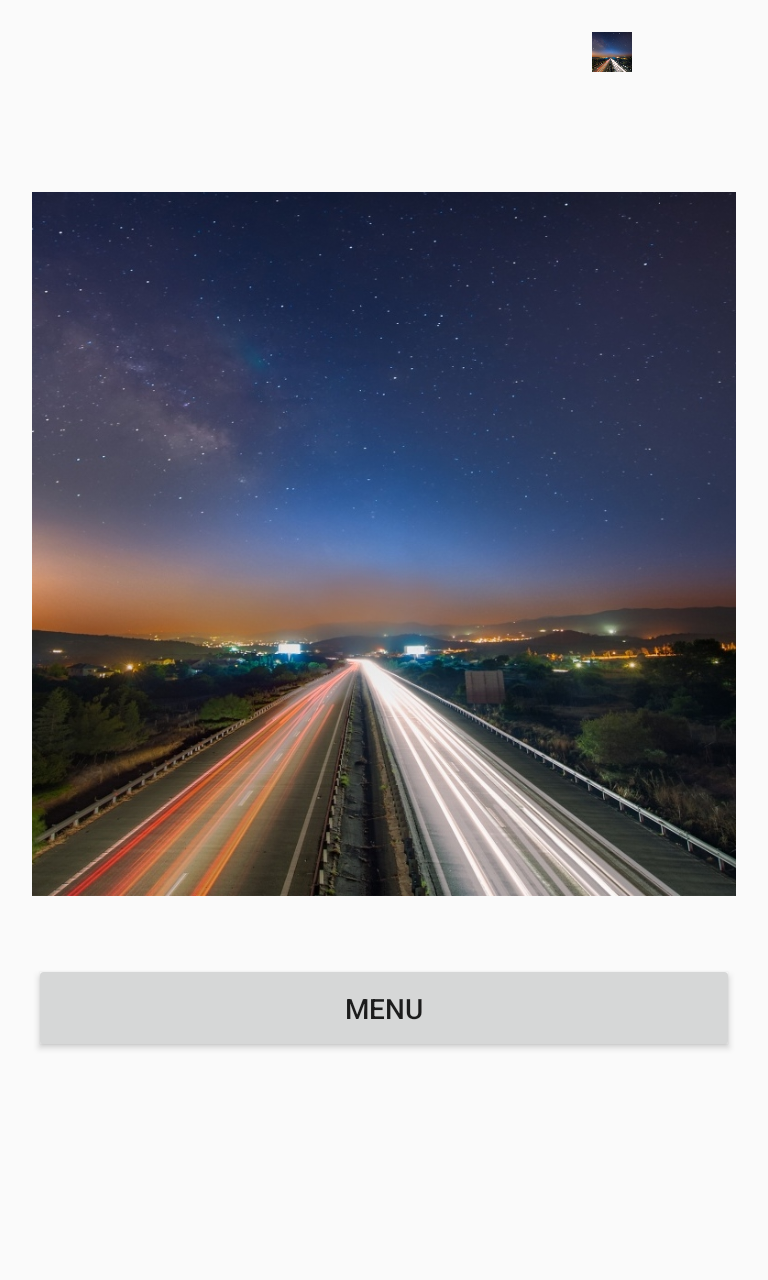
Repository: MarcSelles/nPuzzle10447768
Layout: NPuzzle10447768/res/layout/activity_playing.xml
An editor plug-in stored every save of this project. The layout is shown before and after the next save, followed by the edit.
It is drawn on a 768 x 1280 px phone screen (xhdpi) without system bars, with theme AppTheme; the app's code is not run.

Above is the layout before, as saved 2014-11-23 15:44:49.

After the next save:
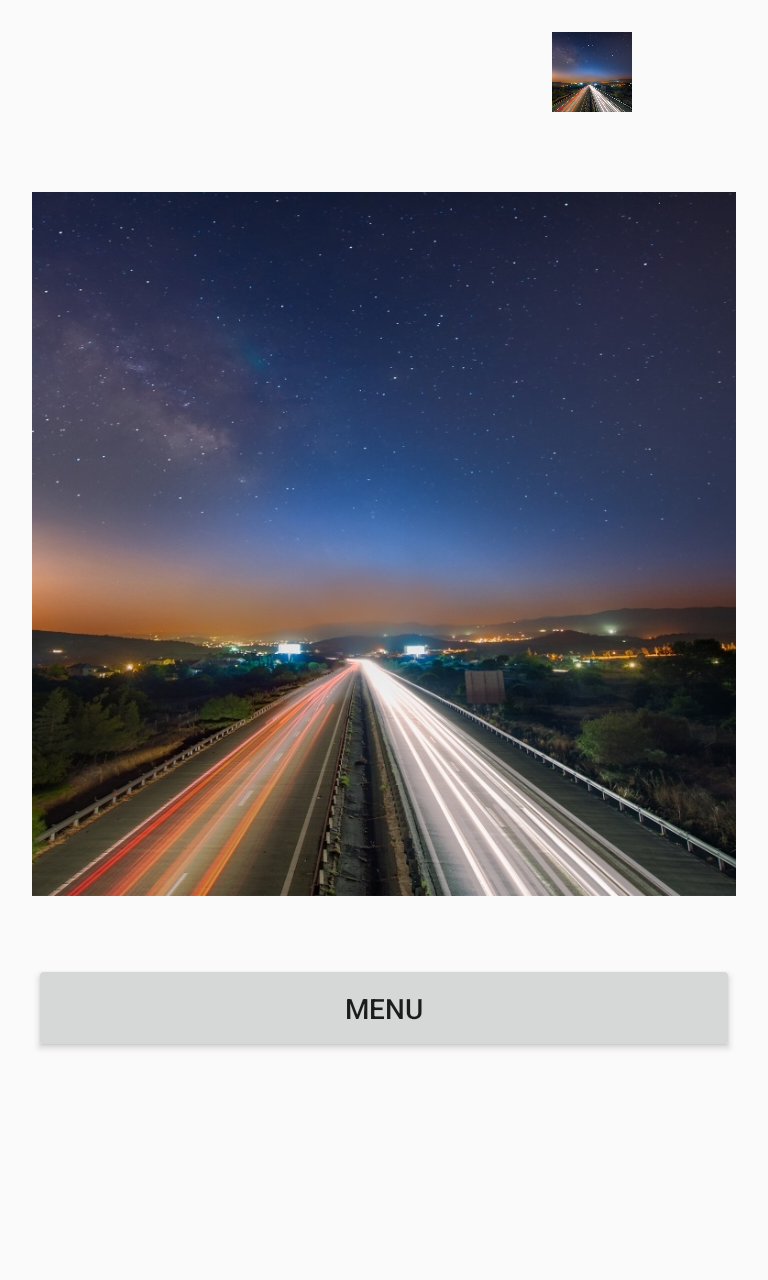
Saved 11 s later.
--- a/NPuzzle10447768/res/layout/activity_playing.xml
+++ b/NPuzzle10447768/res/layout/activity_playing.xml
@@ -27,8 +27,8 @@
 
     <ImageView
         android:id="@+id/imageView2"
-        android:layout_width="20dp"
-        android:layout_height="20dp"
+        android:layout_width="40dp"
+        android:layout_height="40dp"
         android:layout_alignRight="@+id/imageView1"
         android:layout_alignTop="@+id/imageView1"
         android:layout_marginRight="52dp"
